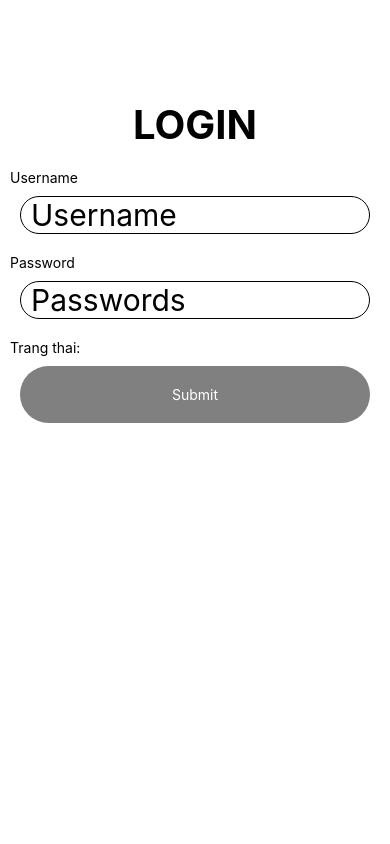
Repository: vietnguyenhoangw/ReactNative-FirstApplication
Screen: /
These files come from the project's save history. The screen is drawn as it stood at one moment and after the next save; the edit follows.
The app was drawn by React Native's web renderer in a window 390 px wide. The project was rebuilt for these pictures with package versions that can differ from the ones it lists, and the page was loaded fresh each time.

Above is the screen before, as saved 2019-12-11 09:44:41.

### App.js
// import thu vien

import React, {Component} from "react"

import {
  View,
  Text,
  StyleSheet,
  TextInput,
  TouchableOpacity,
} from "react-native"

// code class, component : render

class HelloWorld extends Component {

  constructor(props) {
    super(props);

    this.state = {
      username: '',
      password: '',
      text: '',
    }
  }

  click() {
    var Username = "aaa";
    var Password = "bbb";

    if (this.state.username != Username) {
      console.log('Sai username, password')
      this.setState({
        text : "Sai username, password"
      })
    }else {
      if (this.state.password != Password) {
        console.log('Sai username, password')
        this.setState({
          text : "Sai username, password"
        })
      }
      else {
        console.log('Thanh Cong')
        this.setState({
          text : "Thanh cong"
        })
      }
    }
  }

  render() {
    return(
      <View style={styles.viewOnScreen}>

        <View style={styles.viewHeader}>

          <Text style={styles.textTitle}>LOGIN</Text>

        </View>

        <View style={styles.body}>

          <Text style={styles.textUser}>Username</Text>

          <TextInput
            style={styles.textInput}
            placeholder = "Username"
            onChangeText={(text) => this.setState({username:text})}/>

          <Text style={styles.textUser}>Password</Text>

          <TextInput style={styles.textInput}
           placeholder = "Passwords"
           onChangeText={(text) => this.setState({password:text})} />

          <Text style={styles.textUser}>Trang thai: {this.state.text}</Text>

          <TouchableOpacity
            style={styles.btn}
            onPress={() => {this.click()}}>
            <Text style={styles.textBtn}>Submit</Text>
          </TouchableOpacity>

        </View>

      </View>
    );
  }
}

const styles = StyleSheet.create({
  viewOnScreen: {
    width: '100%',
    height: '100%'
  },
  viewHeader: {
      width:'100%',
  },
  textTitle: {
    textAlign:'center',
    marginTop: 100,
    marginBottom: 20,
    fontWeight:'bold',
    fontSize: 40
  },
  textUser: {
    marginLeft: 10,
    marginRight: 20,
    marginBottom: 10,
  },
  textInput:{
    borderRadius:50,
    marginBottom: 20,
    marginLeft: 20,
    marginRight: 20,
    borderWidth:1,
    borderColor: 'black',
    fontSize:30,
    paddingLeft: 10,
    paddingRight: 10
  },
  btn: {
    borderRadius:50,
    backgroundColor:'gray',
    marginLeft: 20,
    marginRight: 20,
    padding:20,
  },
  textBtn: {
    width:'100%',
    color: 'white',
    textAlign:'center',
  }
});

export default HelloWorld

After the next save:
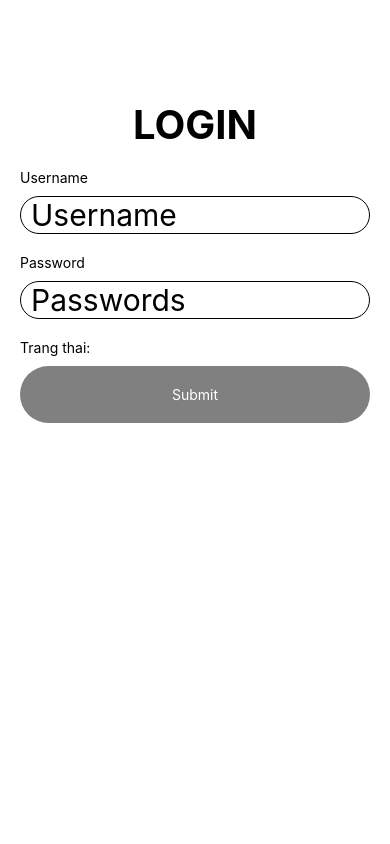
Saved 12 s later.
--- a/App.js
+++ b/App.js
@@ -105,7 +105,7 @@ const styles = StyleSheet.create({
     fontSize: 40
   },
   textUser: {
-    marginLeft: 10,
+    marginLeft: 20,
     marginRight: 20,
     marginBottom: 10,
   },
